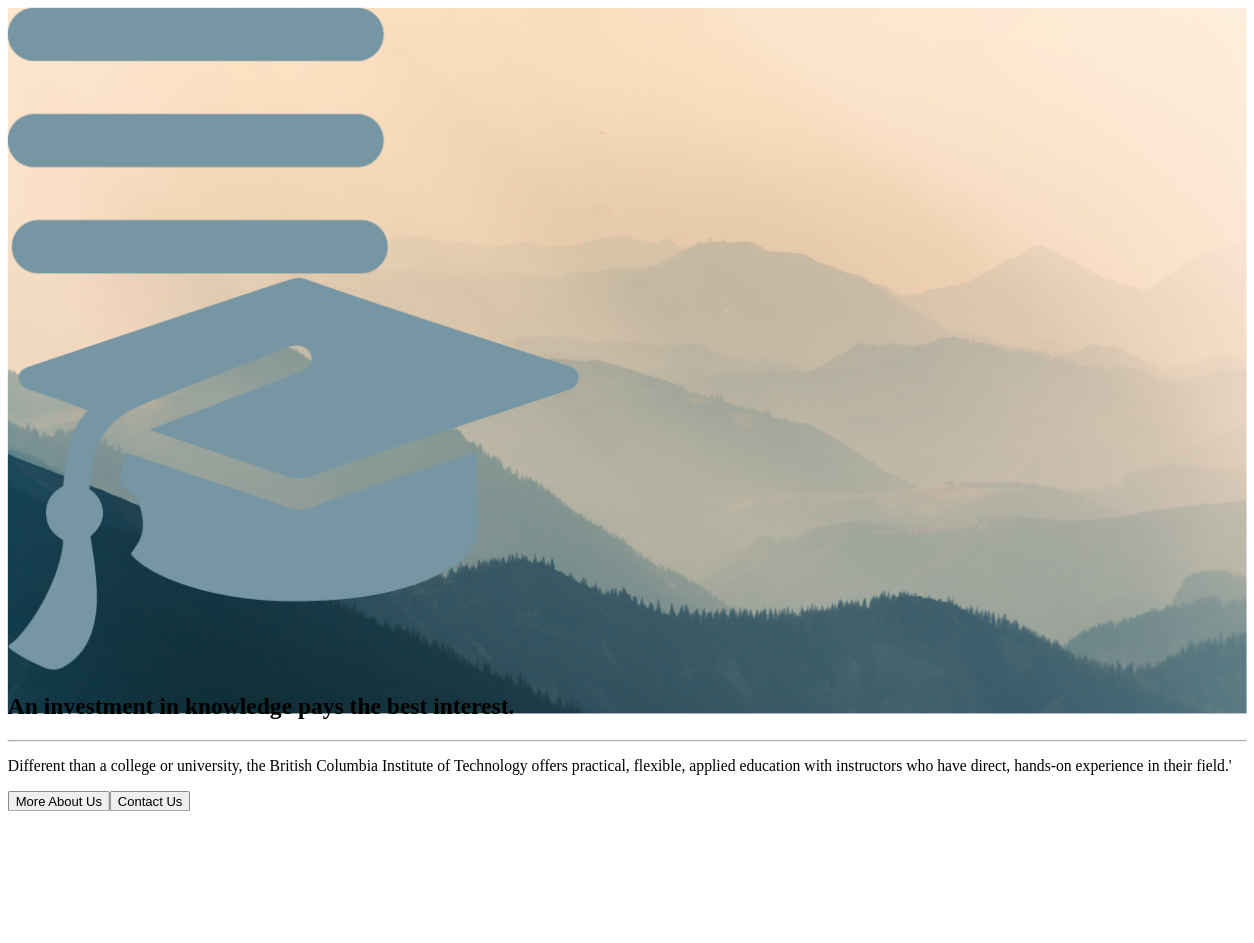
Repository: sierralaurent/MDIA2109-Assignment01
Page: /
An editor plug-in stored every save of this project. The page is shown before and after the next save, followed by the edit.
The browser window is 1280 px wide. The pictures show the whole page, at 98% of full size.
The project was rebuilt for these pictures with package versions that can differ from the ones it lists, and the page was loaded fresh each time. The framework's server and built-in components were replaced by stand-ins that run in the browser. Also part of the build but not shown: next.config.js.

Above is the page before, as saved 2023-02-01 16:03:44.

### pages/index.js
import Head from 'next/head'
import Image from 'next/image'
import { Inter } from '@next/font/google'
import styles from '@/styles/Home.module.css'
import Link from 'next/link'

const inter = Inter({ subsets: ['latin'] })

export default function Home() {
  return (
    <>
    <nav>
      <Head>
        <title>Home</title>
        <meta name="author" content="MDIA 2109" />
        <meta property="og:title" content="Assignment #1 - Home Page" />
        <meta property="og:description" content="BCIT Digital Design and Development Diploma" />
        <link rel="icon" href="/favicon.png" />
        </Head>
        <main className={styles.main} >
          <div>
            <div><img src="icons/menu-icon.png"/></div>
            <div><img src="icons/graduation-hat.png"/></div>
          </div>
          <div>
            <div className={styles.intro}>
            <h1>An investment in knowledge pays the best interest.</h1>
            <hr></hr>
            <p>Different than a college or university, the British Columbia Institute of Technology offers practical, flexible, applied education with instructors who have direct, hands-on experience in their field.'</p>
            </div>
            <div className={styles.buttons}>
            <Link href="/about">
          <button>More About Us</button>
        </Link>
        <Link href="/contact">
        <button>Contact Us</button>
        </Link>
            </div>
          </div>
          <div>
            <a href="/about">
              <span>
                <img
                src="icons/downwardArrow.png"
                />
              </span>
            </a>
          </div>
        </main>
    </nav>
    </>
  )
}

### styles/Home.module.css
.carouselImage {
  height: 200px;
  background-repeat: no-repeat;
  background-size: cover;
  display: flex;
  justify-content: center;
  align-items: center;
  margin: 40px 0px;
}
.main {
  background-image: url('../public/background-images/backgroundMountain.jpg');
  background-size: cover;
  height: 100vh;
}

.intro {

}

.buttons {

}

.hr {

}

.icons {
  width: 100px;
  height: 100px;
}

Loaded but not shown: pages/_document.js (common file)

After the next save:
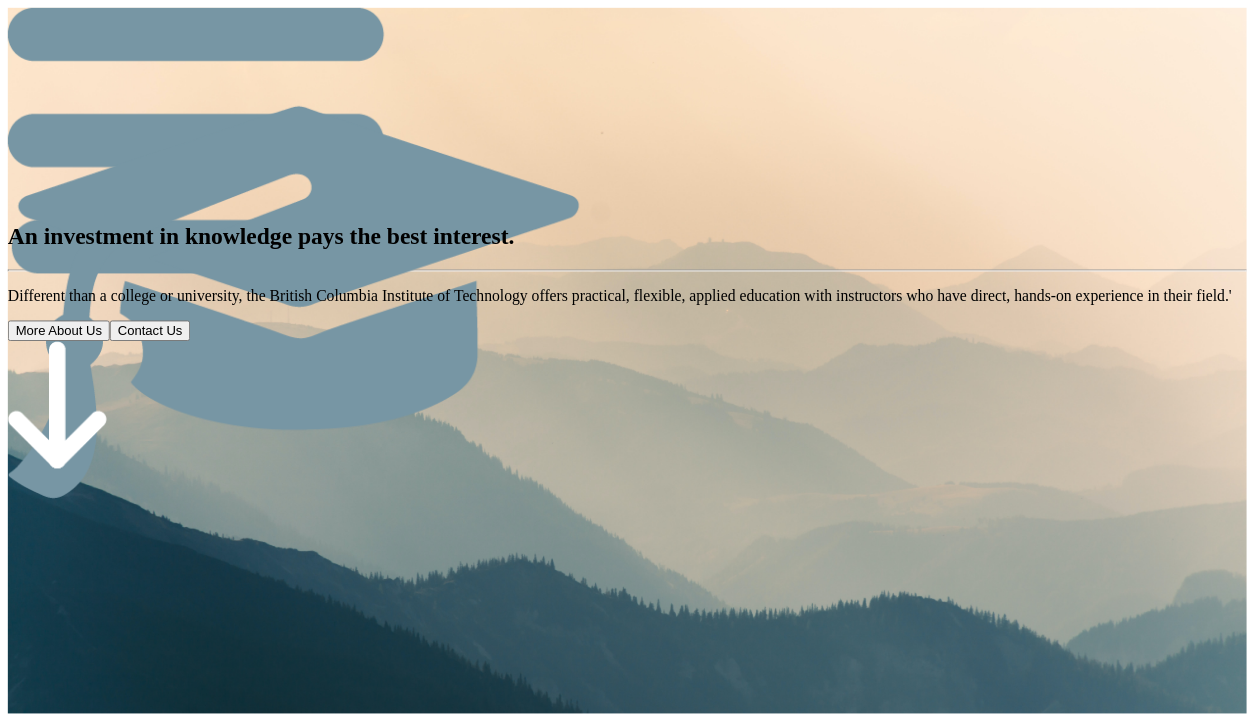
Saved 1 s later.
--- a/pages/index.js
+++ b/pages/index.js
@@ -19,8 +19,8 @@ export default function Home() {
         </Head>
         <main className={styles.main} >
           <div>
-            <div><img src="icons/menu-icon.png"/></div>
-            <div><img src="icons/graduation-hat.png"/></div>
+            <div className={styles.icons}><img src="icons/menu-icon.png"/></div>
+            <div className={styles.icons}><img src="icons/graduation-hat.png"/></div>
           </div>
           <div>
             <div className={styles.intro}>
